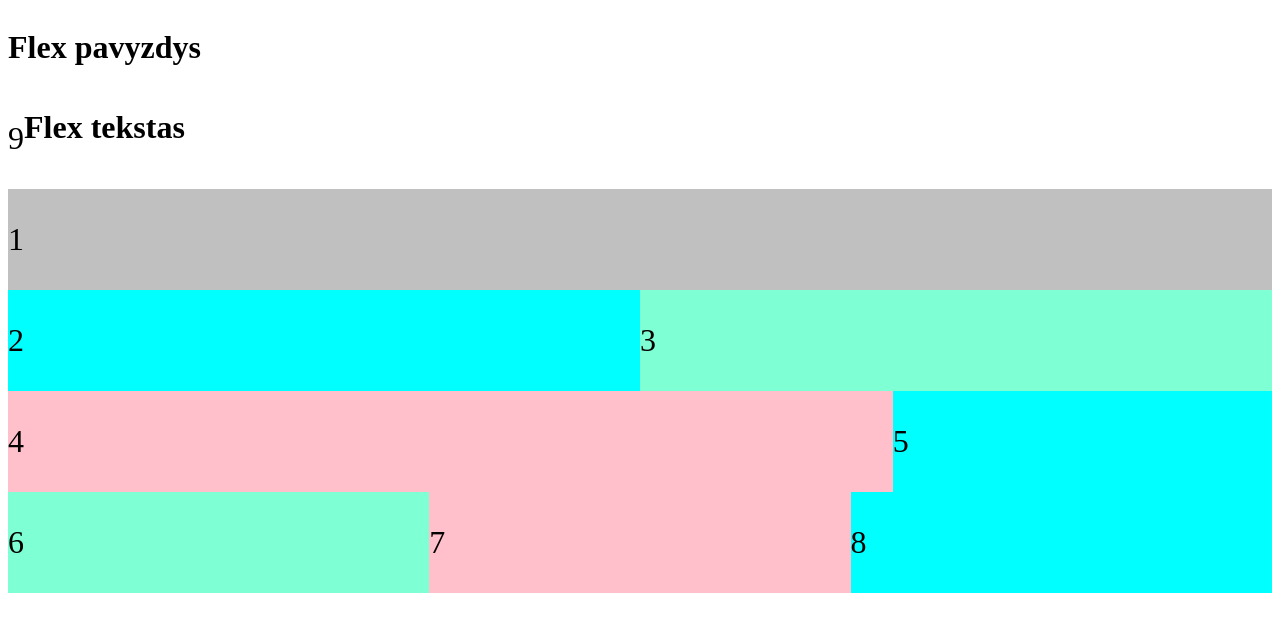
Repository: motiejus1/06-paskaita-invest
Page: index.html
The author's editor kept a copy of each file at every save. The page is drawn from the files as they stood at one save, then again after a run of saves.
The browser window is 1280 px wide. The pictures show the whole page.

Above is the page before, as saved 2021-06-09 19:49:40.

After the next 2 saves:
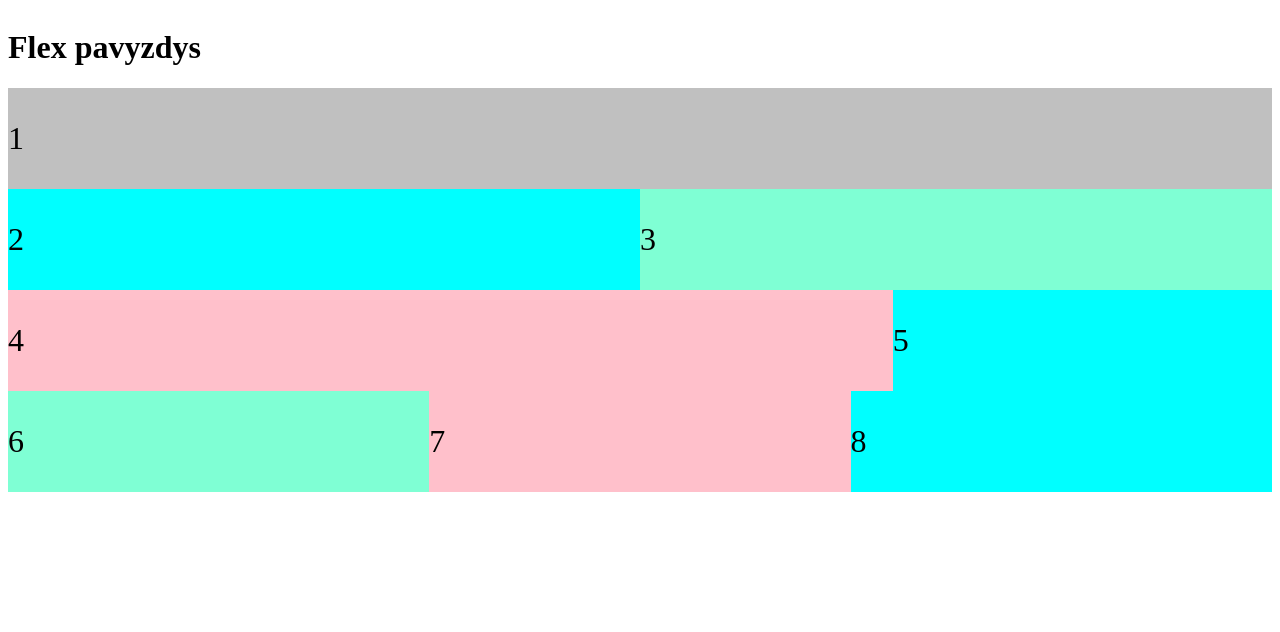
The 2 saves are shown as one change because they came seconds apart.
The last was saved 75 s later.
--- a/index.html
+++ b/index.html
@@ -171,9 +171,9 @@
                     <div class="flex-item-6 zalsva"><p>6</p></div>
                     <div class="flex-item-7 rozine"><p>7</p></div>
                     <div class="flex-item-8 zydra"><p>8</p></div>
-                    <div class="flex-item-9"><p>9</p></div>
+                    <!-- <div class="flex-item-9"><p>9</p></div> -->
 
-                    <h1 class="tekstas">Flex tekstas</h1>
+                    <!-- <h1 class="tekstas">Flex tekstas</h1> -->
                     <!--flex -->
                 </div>
             </div>
